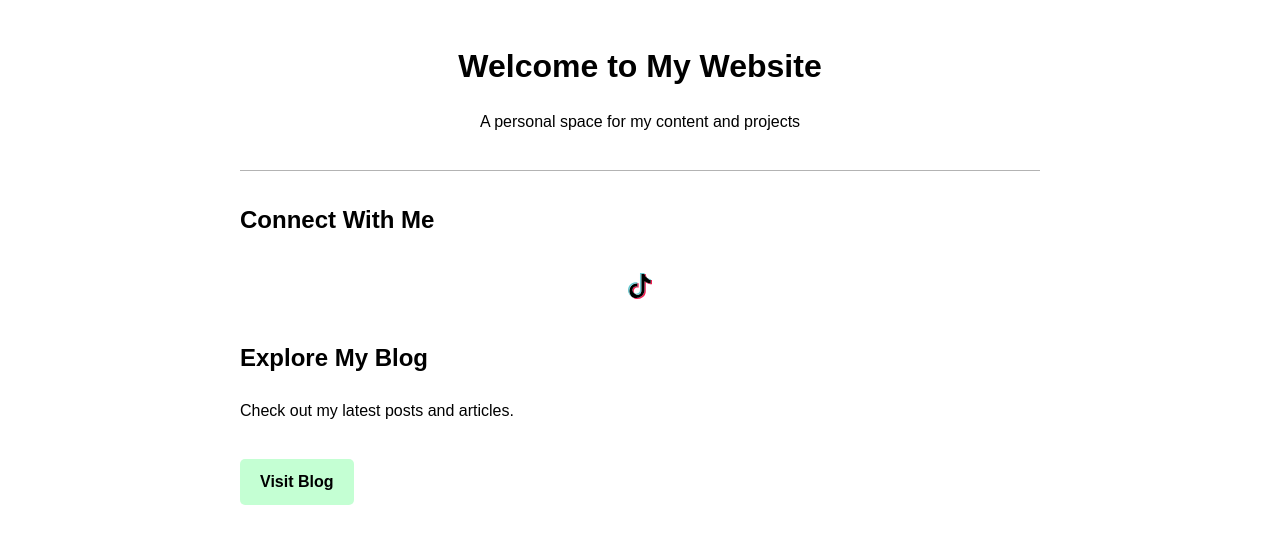
Repository: pjpatrick071/pjpatrick071.github.io
Page: index.html
An editor plug-in stored every save of this project. The page is shown before and after the next save, followed by the edit.
The browser window is 1280 px wide. The pictures show the whole page.

Above is the page before, as saved 2025-04-02 20:32:55.

After the next save:
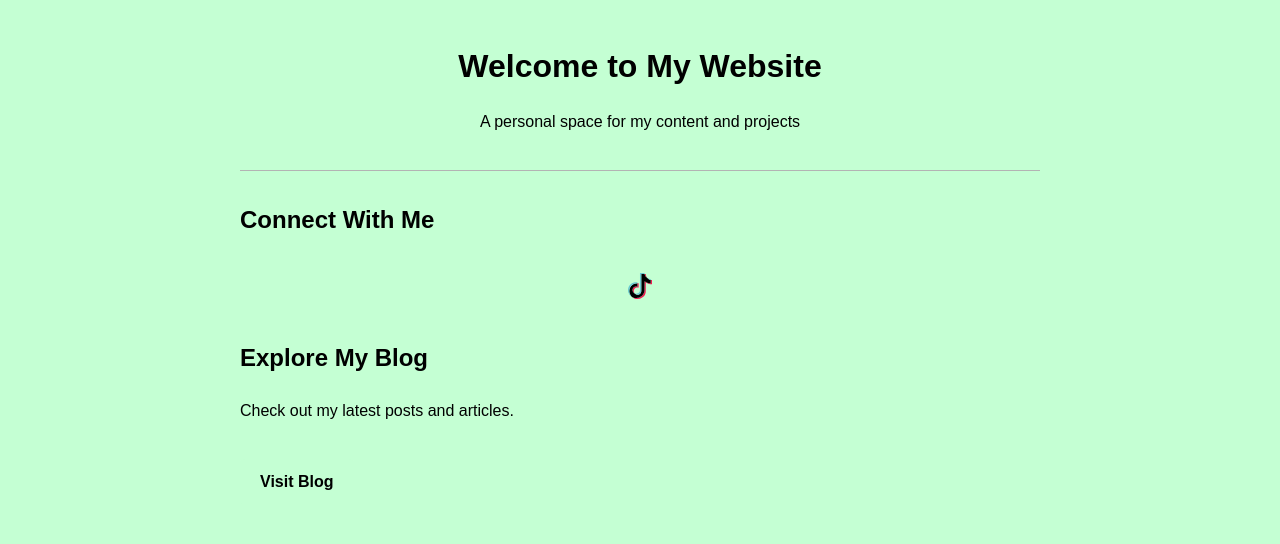
Saved 93 s later.
--- a/index.html
+++ b/index.html
@@ -17,7 +17,7 @@
             line-height: 1.6;
             margin: 0;
             padding: 0;
-            background-color: var(--white);
+            background-color: var(--soft-green);
             color: var(--black);
             max-width: 800px;
             margin: 0 auto;
